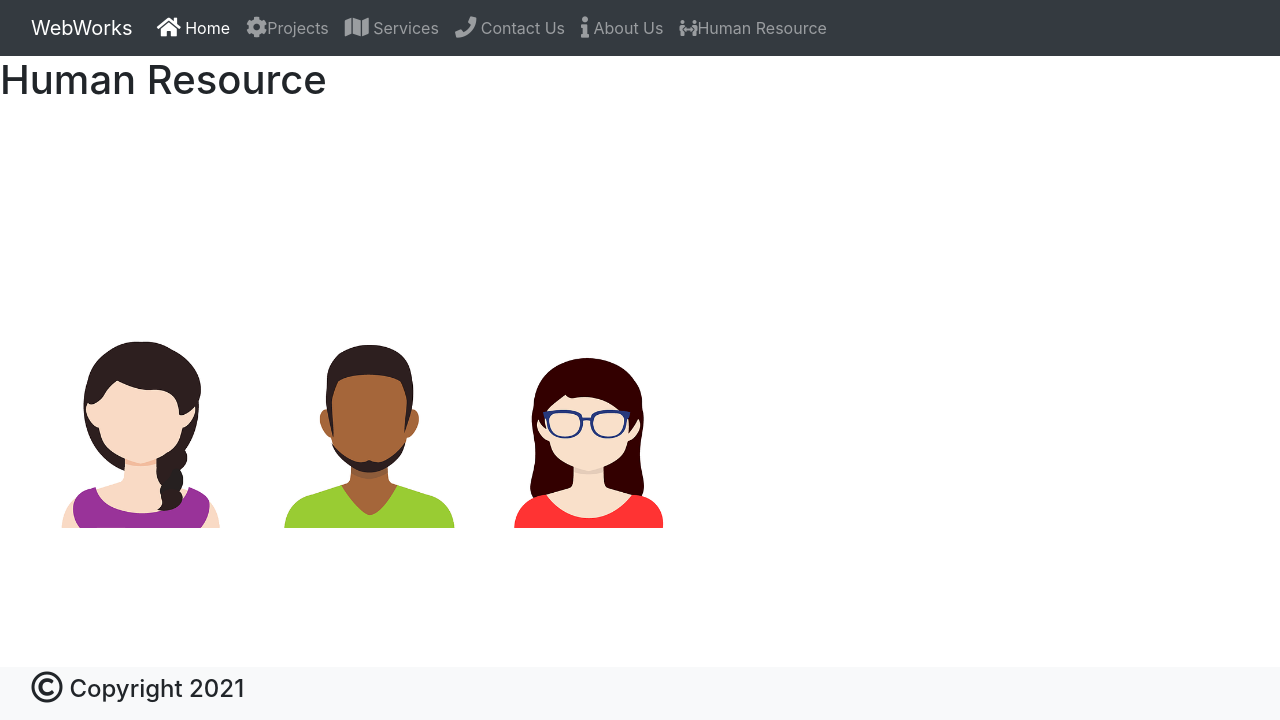
Repository: JonathonWager/Webd6202Lab1
Page: human_resource.html
The author's editor kept a copy of each file at every save. The page is drawn from the files as they stood at one save, then again after the next save.
The browser window is 1280 px wide. The pictures show the whole page.

Above is the page before, as saved 2021-02-05 20:24:31.
Not found: Content/app.css

### human_resource.html
<!DOCTYPE html>
<html lang="en">
<head>
    <meta charset="UTF-8">
    <meta name="viewport" content="width=device-width, initial-scale=1.0">
    <title>Human Resource</title>
    <!-- CSS Section -->
    <link rel="stylesheet" href="./node_modules/bootstrap/dist/css/bootstrap.min.css">
    <link rel="stylesheet" href="./node_modules/@fortawesome/fontawesome-free/css/all.min.css">
    <link rel="stylesheet" href="./Content/app.css">
</head>
<body>
    <!-- Main Header -->
    <header>
        <!-- Main Navigation -->
        <nav class="navbar navbar-expand-lg navbar-dark bg-dark">
            <div class="container-fluid">
              <a class="navbar-brand" href="index.html">WebWorks</a>
              <button class="navbar-toggler" type="button" data-bs-toggle="collapse" data-bs-target="#navbarSupportedContent" aria-controls="navbarSupportedContent" aria-expanded="false" aria-label="Toggle navigation">
                <span class="navbar-toggler-icon"></span>
              </button>
              <div class="collapse navbar-collapse" id="navbarSupportedContent">
                <ul class="navbar-nav me-auto mb-2 mb-lg-0">
                  <li class="nav-item">
                    <a class="nav-link active" aria-current="page" href="index.html"><i class="fas fa-home fa-lg"></i> Home</a>
                  </li>

                  <li class="nav-item">
                    <a class="nav-link" aria-current="page" href="projects.html" id = "projects"><i class="fas fa-cog fa-lg"></i> Products</a>
                  </li>

                  <li class="nav-item">
                    <a class="nav-link" aria-current="page" href="services.html"><i class="fas fa-map fa-lg"></i> Services</a>
                  </li>

                  <li class="nav-item">
                    <a class="nav-link" aria-current="page" href="contact.html"><i class="fas fa-phone fa-lg"></i> Contact Us</a>
                  </li>
                  <li class="nav-item">
                    <a class="nav-link" aria-current="page" href="about.html"><i class="fas fa-info fa-lg"></i> About Us</a>
                  </li>
                </ul>
              </div>
            </div>
          </nav>
    </header>

    <!-- Main Content -->
    <main>
    <h1>Human Resource</h1>
      <div id="AboutAaronContent"> </div>
      <img src="/Pictures/Human Resources Page/HRPicture.png" width = 740x; alt="Deck of Cards">
  </main>

    <!-- Main Footer -->
    <footer>
    </footer>

    <!-- Script Section-->
    <script src="./node_modules/jquery/dist/jquery.min.js"></script>
    <script src="./node_modules/bootstrap/dist/js/bootstrap.bundle.min.js"></script>
    <script src="./Scripts/app.js"></script>
</body>
</html>

### Scripts/app.js
/* custom JavaScript goes here */

//IIFE - Immediately Invoked Function Expression
//AKA - Anonymous Self-Executing Function
//Closure - limits scope leak

"use strict";

(function()
{
    function displayHome()
    {

        let paragraphOneText =
          "Welcome to Web Works, Our team at Web Works is dedicated to offering advanced web development creations that will make you stand out from the crowd.";

        let paragraphOneElement = document.getElementById("paragraphOne");

        paragraphOneElement.textContent = paragraphOneText;
        paragraphOneElement.className = "fs-5";

        // Step 1. document.createElement
        let newParagraph = document.createElement("p");
        // Step 2. configure the element
        newParagraph.setAttribute("id", "paragraphTwo");
        newParagraph.textContent = "Our team consits of two dedicated students that are currently enrolled in the Computer programmer and Analysis course at Durham College located in Northern Oshawa. ";
        // Step 3. select the parent element
        let mainContent = document.getElementsByTagName("main")[0];
        // Step 4. Add / Insert the element
        mainContent.appendChild(newParagraph);

        newParagraph.className = "fs-6";

        // another way of injecting content
        let paragraphDiv = document.createElement("div");
        let paragraphThree = `Oshawa. Our skill sets are growing every day and we are profecient in HTML, CSS, Java, C++,
        database development, automations and much more. Contact our team with inqueries and you will get a response within one business day`;
        paragraphDiv.innerHTML = paragraphThree;

        // insertions

        // example of inserting before a node
        //newParagraph.before(paragraphDiv);

        // example of inserting after a node
        newParagraph.after(paragraphDiv);

        // deletions

        // example of removing a single element
        //paragraphOneElement.remove();

        // example of removeChild
        //mainContent.removeChild(paragraphOneElement);

        // update / modification
        mainContent.firstElementChild.textContent = "Welcome Home!";


    }

    function displayAbout()
    {
      let paragraphOneText = "I'm twenty years old and I'm currently enrolled in the Computer Programmer and Analysis course at Durham College. I spent one year at Ontario Tech University doing game development before switching into my current program. I enjoy programming and design, spending time with friends and going to music festivals. In future I aspire to be a succesful software developer and be able to travel too many countries and support my family.";

      let projectsDiv1 = document.getElementById("AboutAaronContent");

      let projectsP1 = document.createElement("p");

      projectsP1.textContent = paragraphOneText;

      projectsDiv1.appendChild(projectsP1);

      let paragraph2Text = "My name is Jonathon Wager and i am currently enrolled in the Computer Programmer and Analysis course at Durham College. I am very interested in  science and coding. Some of my hobbies include Auto Racing, Skateboarding and snowboarding. I live in a small town in Uxbridge Ontario but frecently spend time at the family cottage in Haliburton Ontario ";

      let projectsDiv2 = document.getElementById("AboutJonathonContent");

      let projectsP2 = document.createElement("p");

      projectsP2.textContent = paragraph2Text;

      projectsDiv2.appendChild(projectsP2);
    }

    function displayProjects()
    {
      let paragraphOneText = "The following project focus was on developing our skills in object-orientated programming as we were developing a program that would create card objects that could be used for a wide variety of purposed including implementing into hundreds of different card games. The project was one of our favourites because it widned our skill set and showed us even further how useful object-orientate programming can be.";

      let projectsDiv1 = document.getElementById("DeckOfCardsContent");

      let projectsP1 = document.createElement("p");

      projectsP1.textContent = paragraphOneText;

      projectsDiv1.appendChild(projectsP1);


      let paragraph2Text = "This next project was from our Systems and Automation class where we create a GPA calculator program that was able to handle input, and formatted output containing calculations for averages and more. This project was one of our other favourites because it worked perfectly and we learned a lot of things in the process of completing the project.";

      let projectsDiv2 = document.getElementById("GPACalculatorContent");

      let projectsP2 = document.createElement("p");

      projectsP2.textContent = paragraph2Text;

      projectsDiv2.appendChild(projectsP2);



      let paragraph3Text = "The last project we will be showcasing was the website we built over the course of the semester for the Web Development course if first semester of our second year. This was one of our favourite projects because we learned so much along the way to the end of the project including skills in HTML, CSS, PHP and PGSQL. Our website was able to handle login using data from our database with encrypted passwords and had tables on our website that were directly pulled from its database. ";

      let projectsDiv3 = document.getElementById("WebsiteContent");

      let projectsP3 = document.createElement("p");

      projectsP3.textContent = paragraph3Text;

      projectsDiv3.appendChild(projectsP3)


    }

    function displayServices()
    {
      let paragraphOneText = "We have the ability to create interactive websites that will stand out and make you look professional. We can apply custom themes to style your website as well as make it an interactive website that is effeciently navigable.";

      let projectsDiv1 = document.getElementById("WebDesignContent");

      let projectsP1 = document.createElement("p");

      projectsP1.textContent = paragraphOneText;

      projectsDiv1.appendChild(projectsP1);

      let paragraphTwoText = "We can create small to medium sized databases that will be able to meet your business needs. We can then implement the database into your website so that you can take your business to the next level.";

      let projectsDiv2 = document.getElementById("DatabaseDevelopmentContent");

      let projectsP2 = document.createElement("p");

      projectsP2.textContent = paragraphTwoText;

      projectsDiv2.appendChild(projectsP2);

      let paragraphThreeText = "We can create small to medium sized databases that will be able to meet your business needs. We can then implement the database into your website so that you can take your business to the next level.";

      let projectsDiv3 = document.getElementById("CustomProgrammingContent");

      let projectsP3 = document.createElement("p");

      projectsP3.textContent = paragraphThreeText;

      projectsDiv3.appendChild(projectsP3);

    }

    function displayContact()
    {
        let sendButton = document.getElementById("sendButton");
        sendButton.addEventListener("click", function(event){
           window.location.href = "index.html";

        });
    }




    function Start()
    {
        console.log("App Started...");
        let navbarProjects = document.getElementById("projects");
        navbarProjects.innerHTML = '<i class="fas fa-cog fa-lg"></i>Projects';

       // let navContentHumanResource = '<li class="nav-item"><a class="nav-link" aria-current="page" href="services.html"><i class="fas fa-map fa-lg"></i> Services</a></li>';
        let navContent = document.getElementsByTagName("ul")[0];

        let navContentHumanResourceLi = document.createElement("li");
        let navContentHumanResourceA = document.createElement("a");

        // Step 2. configure the element
        navContentHumanResourceLi.setAttribute("class", "nav-item");

        navContentHumanResourceA.setAttribute("class","nav-link");
        navContentHumanResourceA.setAttribute("aria-current", "page");
        navContentHumanResourceA.setAttribute("href", "human_resource.html");
        navContentHumanResourceA.innerHTML ='<i class="fas fa-people-arrows"></i>Human Resource ';

        navContentHumanResourceLi.appendChild(navContentHumanResourceA);

        navContent.appendChild(navContentHumanResourceLi);




        let bottomNavContent = document.getElementsByTagName("footer")[0];

        let navContentFooterNav = document.createElement("nav");
        navContentFooterNav.setAttribute("class","navbar fixed-bottom navbar-light bg-light");

        let navContentDiv = document.createElement("div");
        navContentDiv.setAttribute("class", "container-fluid");

        let navContentH4 = document.createElement("h4");
        navContentH4.innerHTML = '<i class="far fa-copyright fa-lg"></i> Copyright 2021';
        navContentFooterNav.appendChild(navContentDiv);
        navContentDiv.appendChild(navContentH4);
        bottomNavContent.appendChild(navContentFooterNav);


        switch (document.title)
        {
          case "Home":
              displayHome();
            break;
          case "About":
              displayAbout();
            break;
          case "Projects":
              displayProjects();
            break;
          case "Services":
              displayServices();
            break;
          case "Contact":
              displayContact();
            break;
        }

    }

    window.addEventListener("load", Start);

})();

Loaded but not shown: node_modules/bootstrap/dist/css/bootstrap.min.css (library); node_modules/@fortawesome/fontawesome-free/css/all.min.css (library); node_modules/jquery/dist/jquery.min.js (library); node_modules/bootstrap/dist/js/bootstrap.bundle.min.js (library)

After the next save:
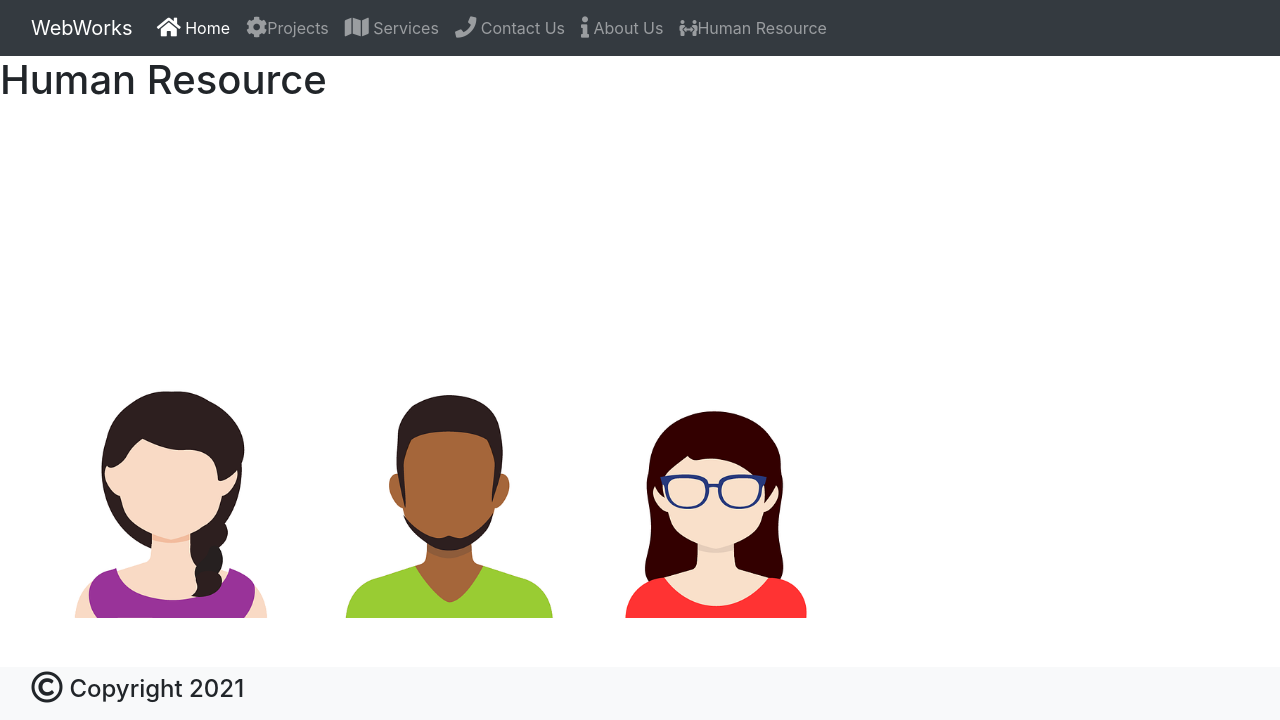
Saved 6 s later.
--- a/human_resource.html
+++ b/human_resource.html
@@ -49,7 +49,7 @@
     <main>
     <h1>Human Resource</h1>
       <div id="AboutAaronContent"> </div>
-      <img src="/Pictures/Human Resources Page/HRPicture.png" width = 740x; alt="Deck of Cards">
+      <img src="/Pictures/Human Resources Page/HRPicture.png" width = 900x; alt="Deck of Cards">
   </main>
 
     <!-- Main Footer -->
